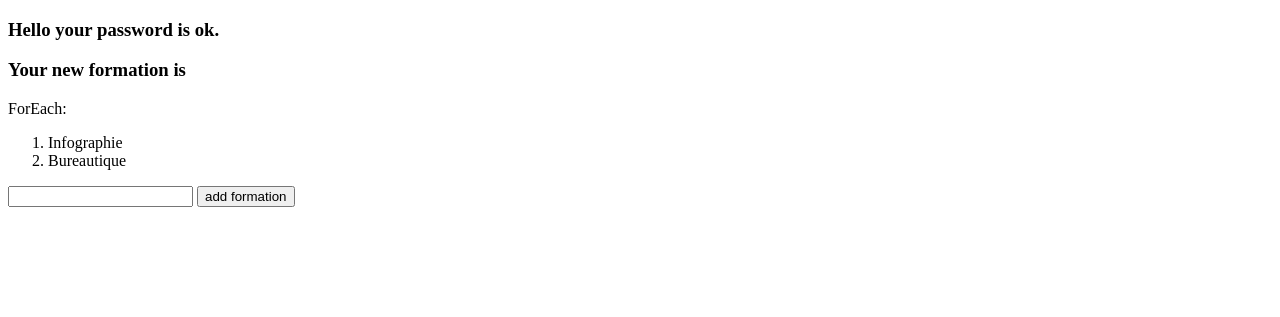
Repository: omarfall2104/mescours
Page: http://localhost/fall-web-validation1/formation.do
The author's editor kept a copy of each file at every save. The page is drawn from the files as they stood at one save, then again after the next save.
The browser window is 1280 px wide. The pictures show the whole page.
The page is served by Tomcat 9.

Above is the page before, as saved 2021-08-26 11:44:17.

After the next save:
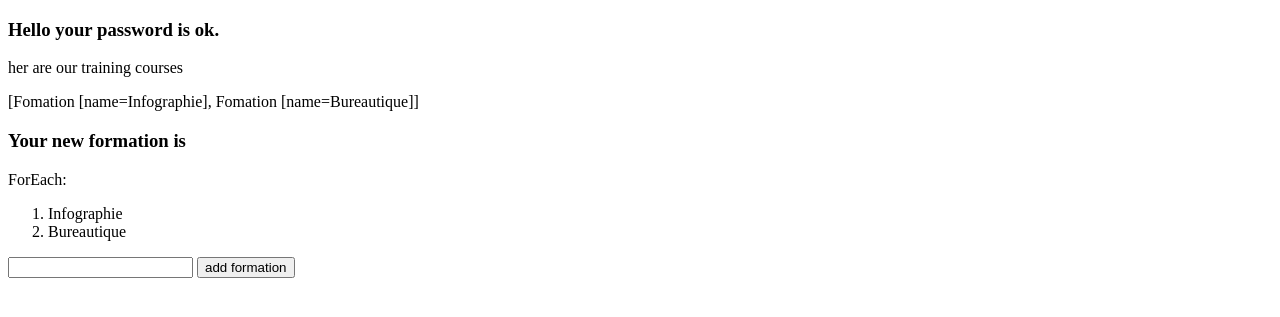
Saved 5 min 56 s later.
--- a/fall-web-validation1/src/main/webapp/WEB-INF/views/home.jsp
+++ b/fall-web-validation1/src/main/webapp/WEB-INF/views/home.jsp
@@ -9,7 +9,8 @@
 </head>
 <body>
 <h3>Hello ${name} your password is ${pass} ok.</h3>
-
+<p> her are our training courses</p>
+${training}
 
 <h3>Your new formation is ${formats}</h3>
 ForEach:
